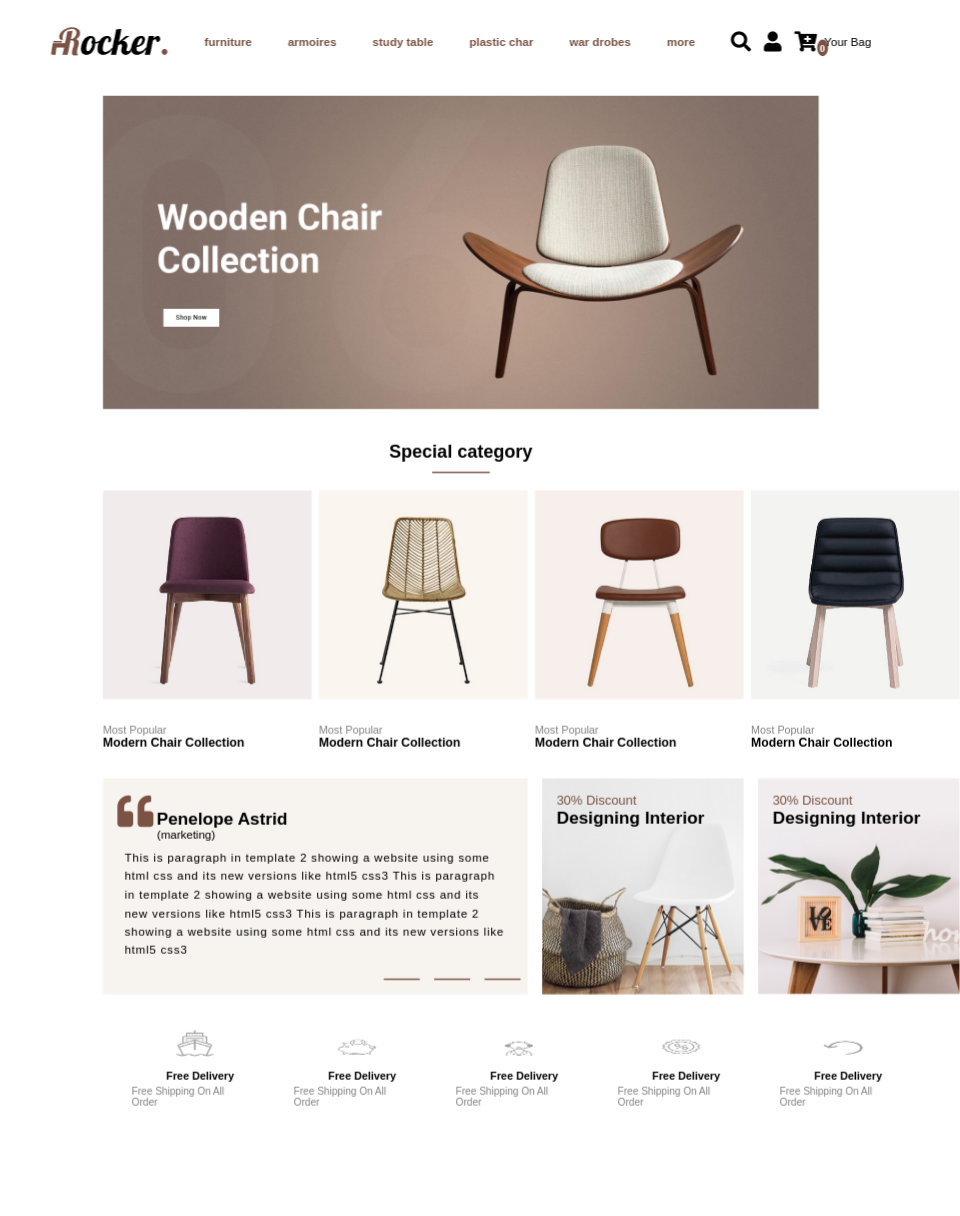
Repository: Ahmed123rezk123/p2-template
Page: index.html
These files come from the project's save history. The page is drawn as it stood at one moment and after the next save; the edit follows.
The browser window is 1280 px wide. The page is 1333 px wide, so the pictures cover 1333 px, including what lies to the right of the window. The pictures show the whole page, at 72% of full size.

Above is the page before, as saved 2024-01-24 23:14:07.

### index.html
<!DOCTYPE html>
<html lang="en">
<head>
   <meta charset="UTF-8">
    <title>Project2</title>
  <link rel="stylesheet" href="css/style.css">
  <link rel="stylesheet" href="css/all.css">
</head>
<body>
    <!-- Header -->
    <header>
        <div class="container">
        <div class="logo">
            <a href="#"><img src="images/logo.png" alt="LOGO"></a>
        </div>
        <nav>
            <ul>
                <li><a href="#" class="active">furniture</a></li>
                <li><a href="#">armoires</a></li>
                <li><a href="#">study table</a></li>
                <li><a href="#">plastic char</a></li>
                <li><a href="#">war drobes</a></li>
                <li><a href="#">more</a></li>
            </ul>
            <div class="icons">
            <i class="fas fa-search"></i>
            <i class="fas fa-user"></i>
            <i class="fas fa-cart-plus i3"></i>
            </div>
        <span>Your Bag</span>
        </nav>
        </div>
    </header>
    <!-- Start Section 1 -->
    <section class="section1">
        <div class="container">
            <img src="images/main-banner-1-1600x700.jpg" alt="">
        </div>
    </section>
    <!-- End Section 1 -->
    <!-- Start Section 2 -->
    <section class="section2">
        <div class="container">
            <div class="div">
            <h2 class="specail">Special category</h2>
            <div class="line"></div>
            </div>
           <div class="parent1">
            <div class="div1">
                <img src="images/category-banner1.jpg" alt="">
                <p>Most Popular</p>
            <h3>Modern Chair Collection</h3>
            </div>
            <div class="div2">
                <img src="images/category-banner2.jpg" alt="">
                <p>Most Popular</p>
                <h3>Modern Chair Collection</h3></div>
            <div class="div3">
                <img src="images/category-banner3.jpg" alt="">
                <p>Most Popular</p>
                <h3>Modern Chair Collection</h3>
            </div>
            <div class="div4">
                <img src="images/category-banner4.jpg" alt="">
                <p>Most Popular</p>
                <h3>Modern Chair Collection</h3>
            </div>
            <div class="div5">
                <i class="fas fa-quote-left comma"></i>
                <h2>Penelope Astrid</h2>
                <span>(marketing)</span>
                <p>This is paragraph in template 2 showing a website using some html css and its new versions like html5 css3 This is paragraph in template 2 showing a website using some html css and its new versions like html5 css3 This is paragraph in template 2 showing a website using some html css and its new versions like html5 css3</p>
                <div class="child"></div>
            </div>
            <div class="div6"></div>
            <div class="div7">
                <p>30% Discount</p>
                <h2>Designing Interior</h2>
            </div>
            <div class="div8">
                <p>30% Discount</p>
                <h2>Designing Interior</h2>
            </div>
            <div class="parent2">
                <div class="div1-1">
                    <img src="images/icon1-1.png" alt="">
                    <div class="content-div1">
                    <h3>Free Delivery</h3>
                    <span>Free Shipping On All Order</span>
                </div>
                </div>
                <div class="div2-1">
                    <img src="images/icon2-1.png" alt="">
                    <div class="content-div2">
                        <h3>Free Delivery</h3>
                        <span>Free Shipping On All Order</span>
                    </div>
                </div>
                <div class="div3-1">
                    <img src="images/icon3-1.png" alt="">
                    <div class="content-div3">
                        <h3>Free Delivery</h3>
                        <span>Free Shipping On All Order</span>
                    </div>
                </div>
                <div class="div4-1">
                    <img src="images/icon4-1.png" alt="">
                    <div class="content-div4">
                        <h3>Free Delivery</h3>
                        <span>Free Shipping On All Order</span>
                    </div>
                </div>
                <div class="div5-1">
                    <img src="images/icon5-1.png" alt="">
                    <div class="content-div5">
                        <h3>Free Delivery</h3>
                        <span>Free Shipping On All Order</span>
                    </div>
                </div>
            </div>
           </div>
        </div>
    </section>
    <!-- End Section 2 -->
</body>
</html>

### css/style.css
/* Start variables */
:root {
    --maincolor: #7b5244;
    --subcolor: #333;
}
/* End variables */
/* Start Global Rules   */
* {
    -webkit-box-sizing: border-box;
    -moz-box-sizing: border-box;
    box-sizing: border-box;
   padding: 0;
   margin: 0;
}
body {
    font-family: Arial, Helvetica, sans-serif;
    perspective: 700px;
    transform-style: preserve-3d;
}
html {
    scroll-behavior: smooth;
}
ul {
    list-style: none;
}
.container {
    width: 80%;
    padding-left: 15px;
    padding-right: 15px;
    margin-left: auto;
    margin-right: auto;
}

/* Small */

@media(min-width: 768px) {
    .container {
       width: 750px;
    }
}

/* Medium */

@media(min-width: 992px) {
    .container {
        width: 970px;
    }
}

/* Large  */

@media(min-width: 1200px) {
    .container {
        width: 1170px;
    }
}
/* End Global Rules   */
/* Start Header */
header .container {
    display: flex;
    justify-content: space-between;
    align-items: center;
    position: relative;
    min-height: 97px;
 }
 header nav {
    flex: 1;
    display: flex;
    align-items: center;
    justify-content: flex-end;
}
 header nav ul {
    display: flex;

}
header nav ul li a {

    display: block;
    color: var(--maincolor);
    text-decoration: none;
    font-size: 16px;
    font-weight: bold;
    padding: 50px 0px;
    margin-right: 50px;
}

/* header nav ul li a:hover::before{
content: "";
position: absolute;
border-left: 2px solid var(--maincolor);
border-right: 2px solid var(--maincolor);
width: 60px;
height: 35px;

}  */
header nav .icons {
    font-weight: bold;
    font-size: 28px;
   word-spacing: 10px;
   margin-right: 10px;
}
header nav .icons .i3::after {
    position: absolute;
    content: "0";
    background-color: #7b5244;
    color: #fff;
    padding: 4px;
    border-radius: 50%;
    font-size: 15px;
    bottom: 40px;
    right: 75px;

}
/* End Header */


/* Start section 1 */
.section1 .container {
    width: 80%;
    position: relative;
    margin-top: 15px;
    margin-bottom: 40px;
    margin-left: auto;
    margin-right: auto;

}
.section1 .container img{
 width: 100%;
}
/* End section 1 */


/* Start Section 2 */
.section2 .container {
    width: 80%;
    position: relative;
}
.section2 .container .div {
    margin: 40px auto;
}
.section2 .container .specail {
    text-align: center;
    font-size: 25px;
}
.section2 .container .line {
 position: relative;
}
.section2 .container .line::before {
    content: "";
    position: absolute;
    width: 8%;
    height: 2px;
    background-color: var(--maincolor);
    top: 50%;
    left: 50%;
    transform: translate(-50%,-50%);
    margin: 15px 0;
    transition: .5s;
}
.section2 .container .div:hover  .line::before {
    content: "";
    position: absolute;
    width: 13%;
    height: 2px;
    background-color: var(--maincolor);
    top: 50%;
    left: 50%;
    transform: translate(-50%,-50%);
    margin: 15px 0;
}
.section2 .container .parent1 {
    width: 80%;
    display: grid;
    grid-template-columns: 200px 200px 200px 200px;
    grid-template-rows: 250px 250px;
   grid-gap: 150px 100px;
}
.section2 .container .parent1 img {
    width: 290px ;
    height: 290px;
    margin-bottom: 30px;
}
.section2 .container .parent1 p {
    color: gray;
    font-size: 15px;
}
.section2 .container .parent1 h3 {
    font-size: 17px;
}
.section2 .container .parent1 .div1,
.section2 .container .parent1 .div2,
.section2 .container .parent1 .div3,
.section2 .container .parent1 .div4 {
    position: relative;
}
.section2 .container .parent1 .div1:hover::before {
position: absolute;
content: " > ";
width: 30px;
height: 30px;
background-color: brown;
color: white;
text-align: center;
font-size: 25px;
top: 330px;
left: 260px;
}
.section2 .container .parent1 .div2:hover::before {
    position: absolute;
    content: " > ";
    width: 30px;
    height: 30px;
    background-color: brown;
    color: white;
    text-align: center;
    font-size: 25px;
    top: 330px;
    left: 260px;
}
.section2 .container .parent1 .div3:hover::before {
    position: absolute;
    content: " > ";
    width: 30px;
    height: 30px;
    background-color: brown;
    color: white;
    text-align: center;
    font-size: 25px;
    top: 330px;
    left: 260px;
    }
.section2 .container .parent1 .div4:hover::before {
    position: absolute;
    content: " > ";
    width: 30px;
    height: 30px;
    background-color: brown;
    color: white;
    text-align: center;
    font-size: 25px;
    top: 330px;
    left: 260px;
    }
    .section2 .container .parent1 .div5 {
        width: 590px;
        height: 300px;
        position: relative;
        background-color: #f7f3ef;
        padding: 20px;
        grid-column: 1 / 3;
        grid-row: 2 / 3;
    }
    .section2 .container .parent1 .div5 .comma {
       font-size: 50px;
       color: var(--maincolor);
    }
    .section2 .container .parent1 .div5 h2 {
        display: inline-flex;
    }
    .section2 .container .parent1 .div5 span {
        display: block;
        margin-left: 55px;
    }
    .section2 .container .parent1 .div5 p {
        margin: 10px;
        color: black;
        font-size: 16px;
        line-height: 1.6;
        letter-spacing: 1.1px;
    }
    .section2 .container .parent1 .div5::before {
        content: "";
        position: absolute;
        width: 50px;
        height: 2px;
        background-color: var(--maincolor);
        bottom: 20px;
        right: 10px;

    }
    .section2 .container .parent1 .div5::after {
        content: "";
        position: absolute;
        width: 50px;
        height: 2px;
        background-color: var(--maincolor);
        bottom: 20px;
        right: 80px;

    }
    .section2 .container .parent1 .div5 .child::before {
        content: "";
        position: absolute;
        width: 50px;
        height: 2px;
        background-color: var(--maincolor);
        bottom: 20px;
        right: 150px;

    }
    .section2 .container .parent1 .div7 {
        width: 280px;
        height: 300px;
        position: relative;
        background-image: url(../images/cms-banner-1.jpg);
        background-size: cover;
        margin-left: 10px;
        grid-column: 3 / 4;
        grid-row: 2 / 4;
        transition: .5s;
    }

    .section2 .container .parent1 .div8 {
        width: 280px;
        height: 300px;
        position: relative;
        background-image: url(../images/cms-banner-2.jpg);
        background-size: cover;
        margin-left: 10px;
        grid-column: 4 / 5;
        grid-row: 2 / 5;
        transition: .5s;
    }
    .section2 .container .parent1 .div7 p,
    .section2 .container .parent1 .div8 p {
        padding-left: 20px;
        padding-top: 20px;
        font-size: 18px;
        color: var(--maincolor);
    }
    .section2 .container .parent1 .div7 h2,
    .section2 .container .parent1 .div8 h2 {
        padding-left: 20px;
    }
    .section2 .container .parent1 .div7:hover,
    .section2 .container .parent1 .div8:hover
    {
        /* width: 280px;
        height: 300px; */
        transform: scale( 1.1 , 1.1 );
    }
    .section2 .container .parent1 .parent2 {
        position: relative;
        display: flex;
        justify-content: space-between;
        margin-top: -50px;
        margin-left: -200px;
    }

    .section2 .container .parent1 .parent2 .div1-1,
    .section2 .container .parent1 .parent2 .div2-1,
    .section2 .container .parent1 .parent2 .div3-1,
    .section2 .container .parent1 .parent2 .div4-1,
    .section2 .container .parent1 .parent2 .div5-1 {
         margin-right: 140px;
     }
    .section2 .container .parent1 .parent2 .div1-1 .content-div1 ,
    .section2 .container .parent1 .parent2 .div2-1 .content-div2 ,
    .section2 .container .parent1 .parent2 .div3-1 .content-div3 ,
    .section2 .container .parent1 .parent2 .div4-1 .content-div4 ,
    .section2 .container .parent1 .parent2 .div5-1 .content-div5   {
        width: 100px;
         margin-top: -30px;
         margin-left: -15px;

    }

    .section2 .container .parent1 .parent2 .div1-1 h3,
    .section2 .container .parent1 .parent2 .div2-1 h3,
    .section2 .container .parent1 .parent2 .div3-1 h3,
    .section2 .container .parent1 .parent2 .div4-1 h3,
    .section2 .container .parent1 .parent2 .div5-1 h3 {
        font-size: 15px;
        text-align: center;
        margin-bottom: 5px;
    }
    .section2 .container .parent1 .parent2 .div1-1 span ,
    .section2 .container .parent1 .parent2 .div2-1 span ,
    .section2 .container .parent1 .parent2 .div3-1 span  ,
    .section2 .container .parent1 .parent2 .div4-1 span ,
    .section2 .container .parent1 .parent2 .div5-1 span  {
        display: flex;
        flex-wrap: nowrap;
        margin-left: -45px;
        color: gray;
        font-size: 14px;
    }
    .section2 .container .parent1 .parent2 img {


        width: 55px;
        height: 50px;
    }

/* End Section 2 */

Loaded but not shown: css/all.css (library)

After the next save:
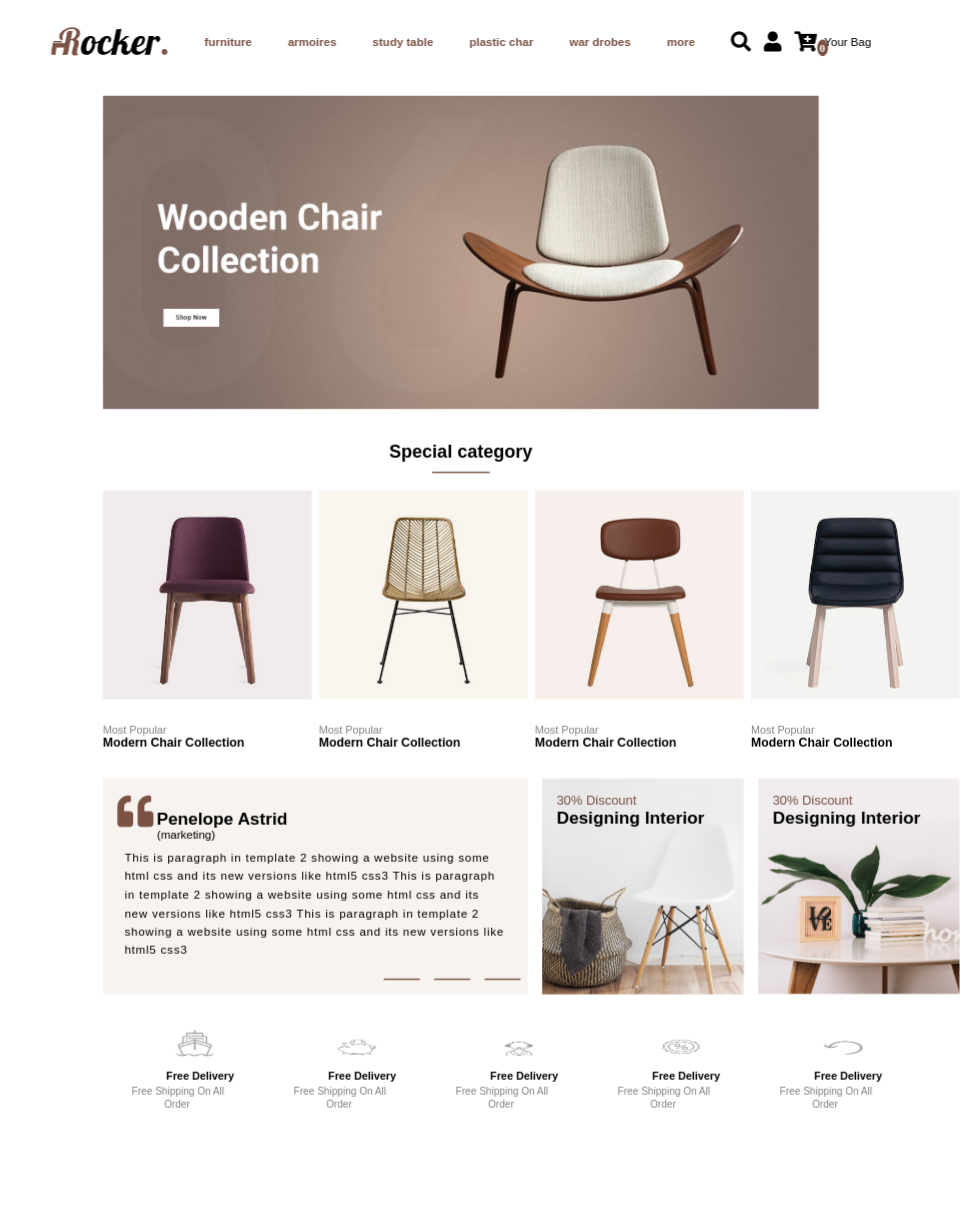
Saved 5 s later.
--- a/css/style.css
+++ b/css/style.css
@@ -379,8 +379,6 @@ left: 260px;
     .section2 .container .parent1 .parent2 .div3-1 span  ,
     .section2 .container .parent1 .parent2 .div4-1 span ,
     .section2 .container .parent1 .parent2 .div5-1 span  {
-        display: flex;
-        flex-wrap: nowrap;
         margin-left: -45px;
         color: gray;
         font-size: 14px;
